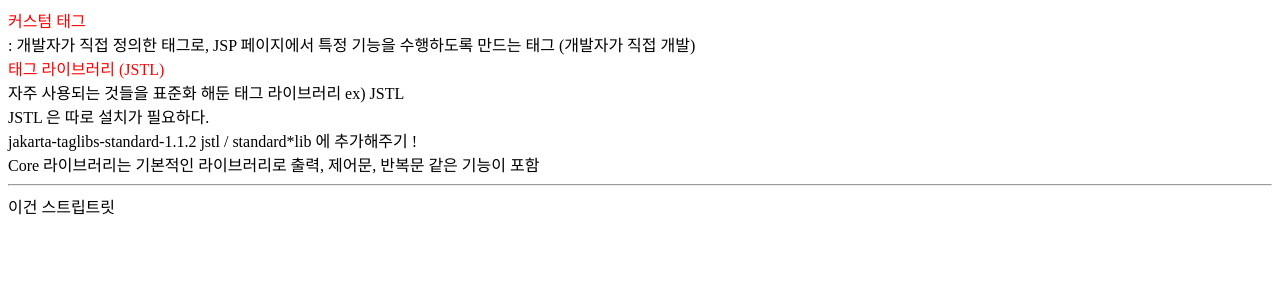
Repository: hyejux/JSP_STUDY
Page: http://localhost/JSPPractice2/JSP_ex6.jsp
The author's editor kept a copy of each file at every save. The page is drawn from the files as they stood at one save, then again after the next save.
The browser window is 1280 px wide. The pictures show the whole page.
The page is served by Tomcat 9.

Above is the page before, as saved 2025-01-07 17:08:29.

After the next save:
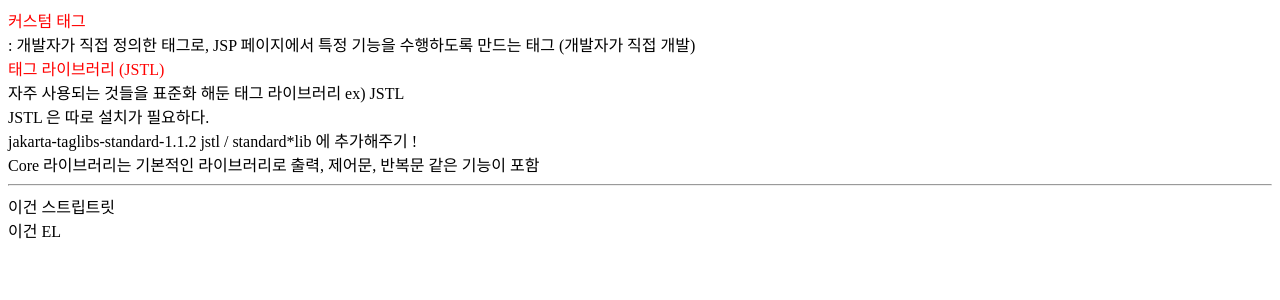
Saved 25 s later.
--- a/JSPPractice2/src/main/webapp/JSP_ex6.jsp
+++ b/JSPPractice2/src/main/webapp/JSP_ex6.jsp
@@ -22,7 +22,8 @@
 	<hr>
 		<% out.println("<div> 이건 스트립트릿 </div> "); %>
 <%-- 	<c:out value="이건 jstl"/> --%>
-	<%  request.setAttribute("data", "이건 EL"); %>
+		<%  request.setAttribute("data", "이건 EL"); %>
+		 ${data}
 <%-- 	<c:out value={data}/> --%>
 
 
